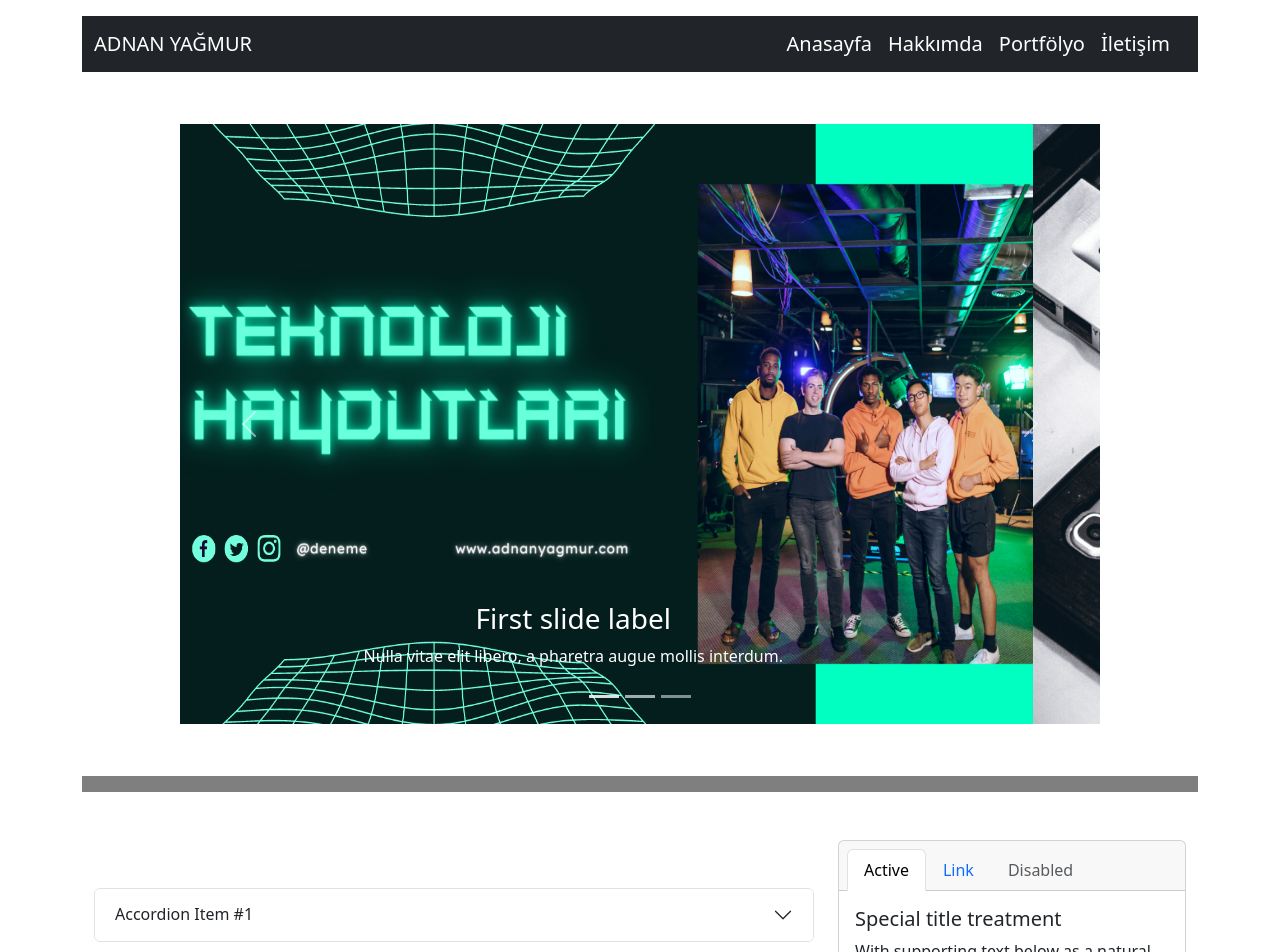
Repository: adnanyagmur/react-bootstrap-example
Page: /
An editor plug-in stored every save of this project. The page is shown before and after the next save, followed by the edit.
The browser window is 1280 px wide. The pictures show the part of the page from y = 0 to 952 px (the page is 2150 px tall before and 2198 px after).
The project was rebuilt for these pictures with package versions that can differ from the ones it lists, and the page was loaded fresh each time.

Above is the page before, as saved 2022-06-29 12:27:24.

After the next save:
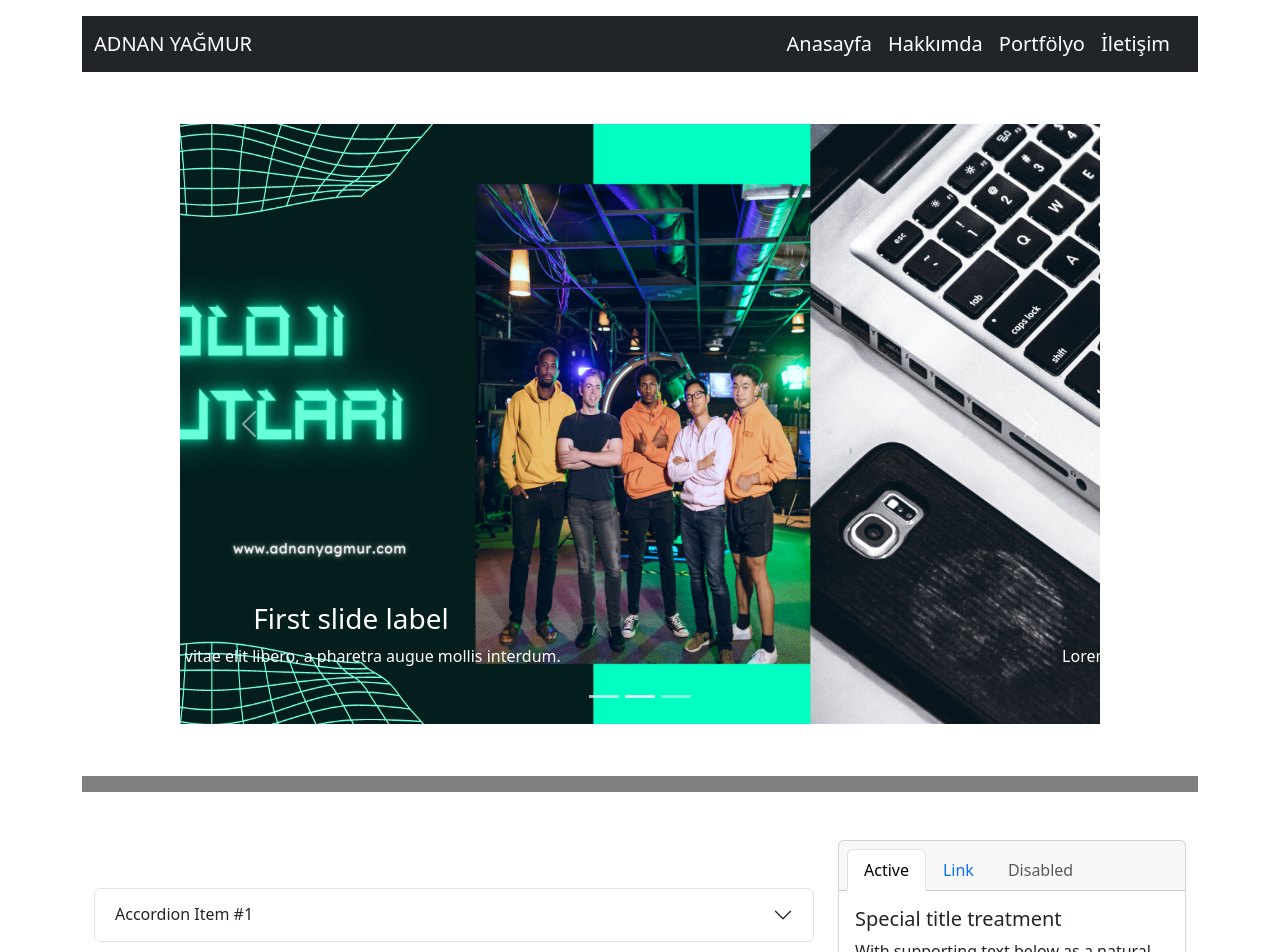
Saved 15 s later.
--- a/src/appComponents/AppContainer.jsx
+++ b/src/appComponents/AppContainer.jsx
@@ -7,7 +7,7 @@ const AppContainer = () => {
         <Row className="pt-5">
         <Placeholder  xs={12} bg="black" />
         </Row>
-        <Row className="pt-5">
+        <Row className="pt-5 pb-5">
         <Col sm={8}>
     <Accordion className="pt-5 pb-5">
   <Accordion.Item eventKey="0"  >
